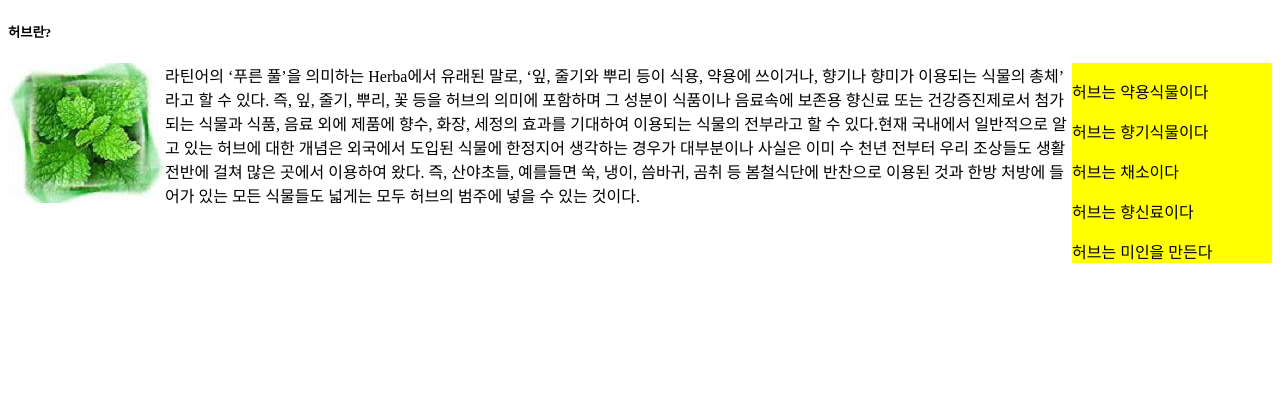
Repository: gus-123/Edu_KCC_HTML
Page: CSS/WebContent/position.html
These files come from the project's save history. The page is drawn as it stood at one moment and after the next save; the edit follows.
The browser window is 1280 px wide. The pictures show the whole page.

Above is the page before, as saved 2024-07-09 06:21:45.

After the next save:
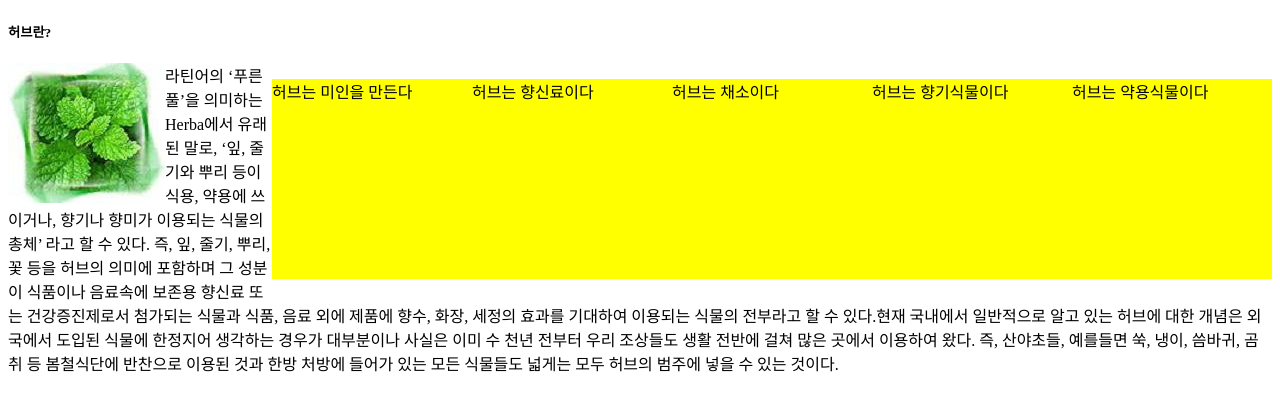
Saved 45 s later.
--- a/CSS/WebContent/position.html
+++ b/CSS/WebContent/position.html
@@ -9,7 +9,7 @@
 	float: left;
 }
 
-#sidebar {
+#sidebar > #sidetext{
 	width: 200px;
 	height: 200px;
 	background-color: yellow;

After the save that followed:
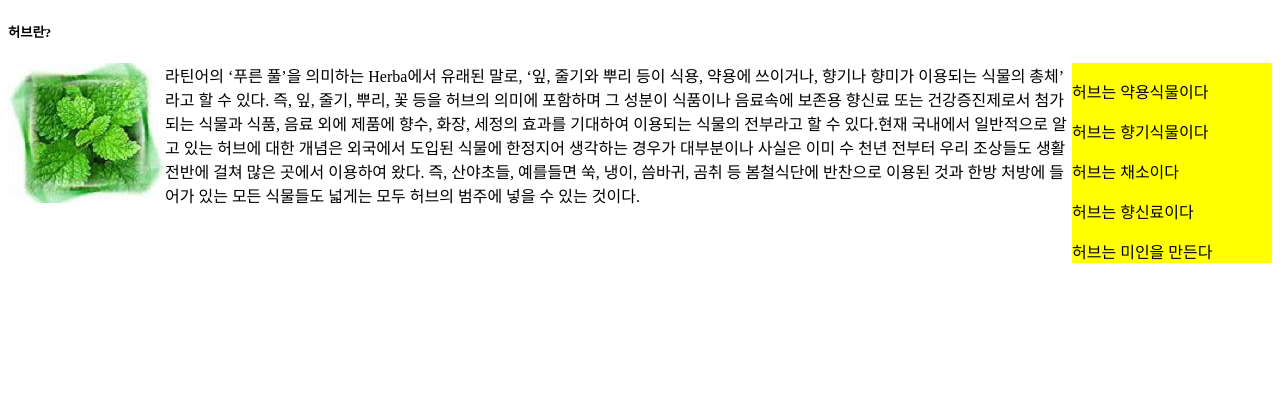
Saved 11 s later.
--- a/CSS/WebContent/position.html
+++ b/CSS/WebContent/position.html
@@ -9,7 +9,7 @@
 	float: left;
 }
 
-#sidebar > #sidetext{
+#sidebar {
 	width: 200px;
 	height: 200px;
 	background-color: yellow;
